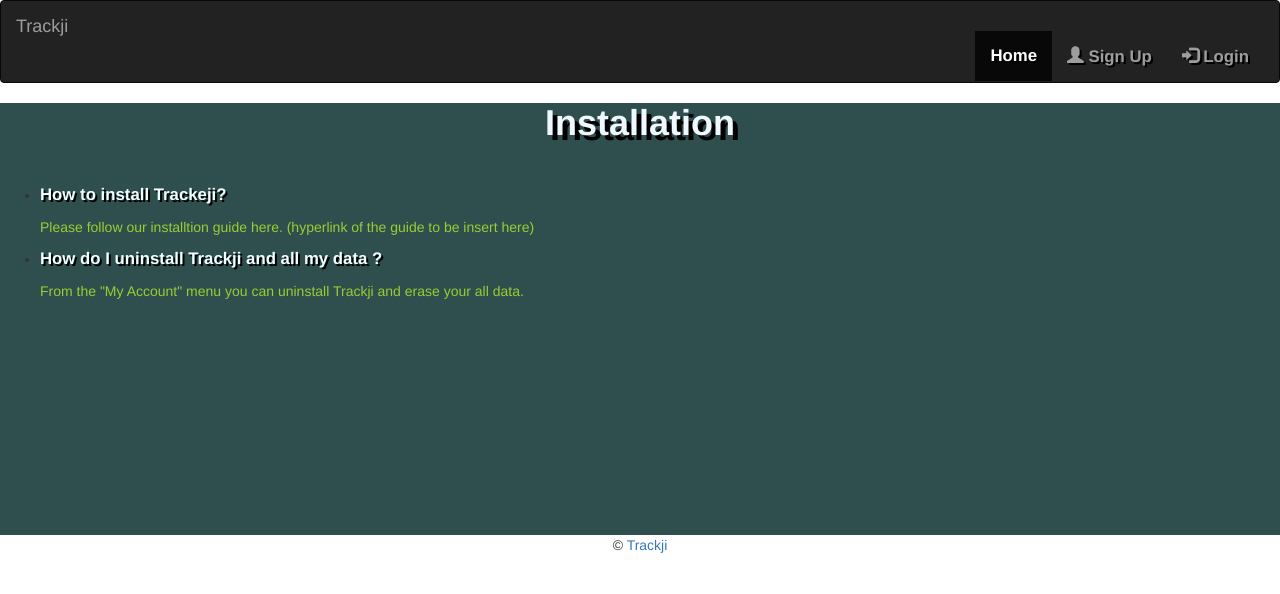
Repository: prathmeshgodbole/Web_Development
Page: Mobile_tracker/Installation.html
The author's editor kept a copy of each file at every save. The page is drawn from the files as they stood at one save, then again after the next save.
The browser window is 1280 px wide. The pictures show the whole page.

Above is the page before, as saved 2020-03-08 18:28:48.

After the next save:
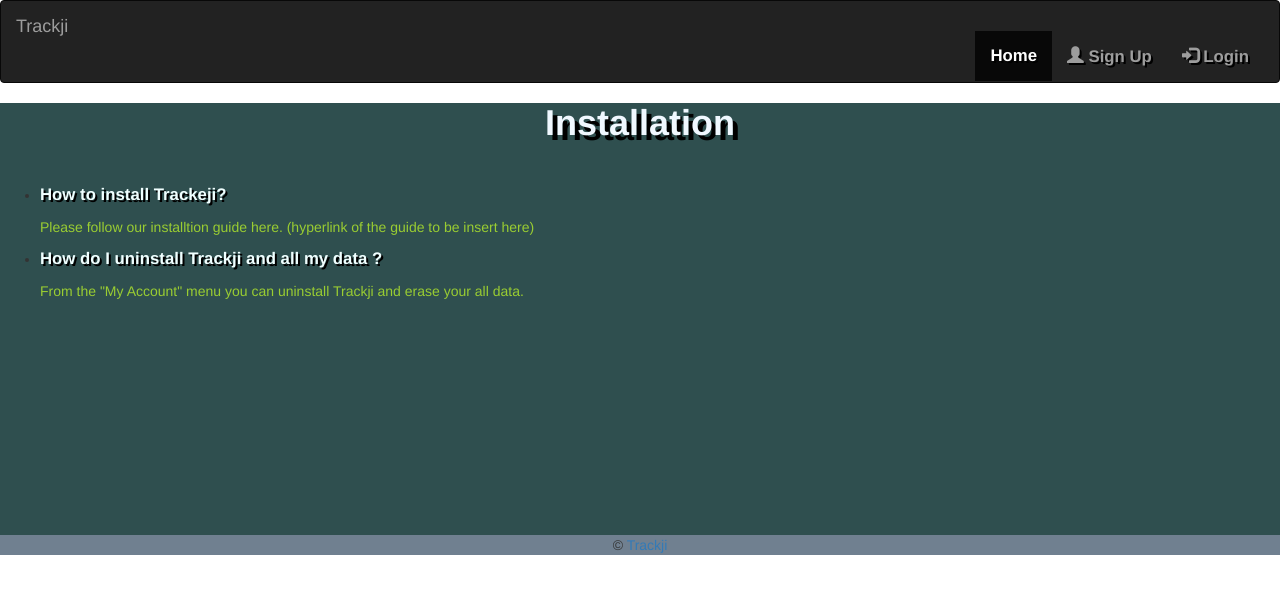
Saved 25 s later.
--- a/Mobile_tracker/css/installation.css
+++ b/Mobile_tracker/css/installation.css
@@ -34,6 +34,7 @@ ul li p {
 }
 
 .footer {
+    background-color: slategray;
     width: 100%;
     height: 20px;
     text-align: center;
